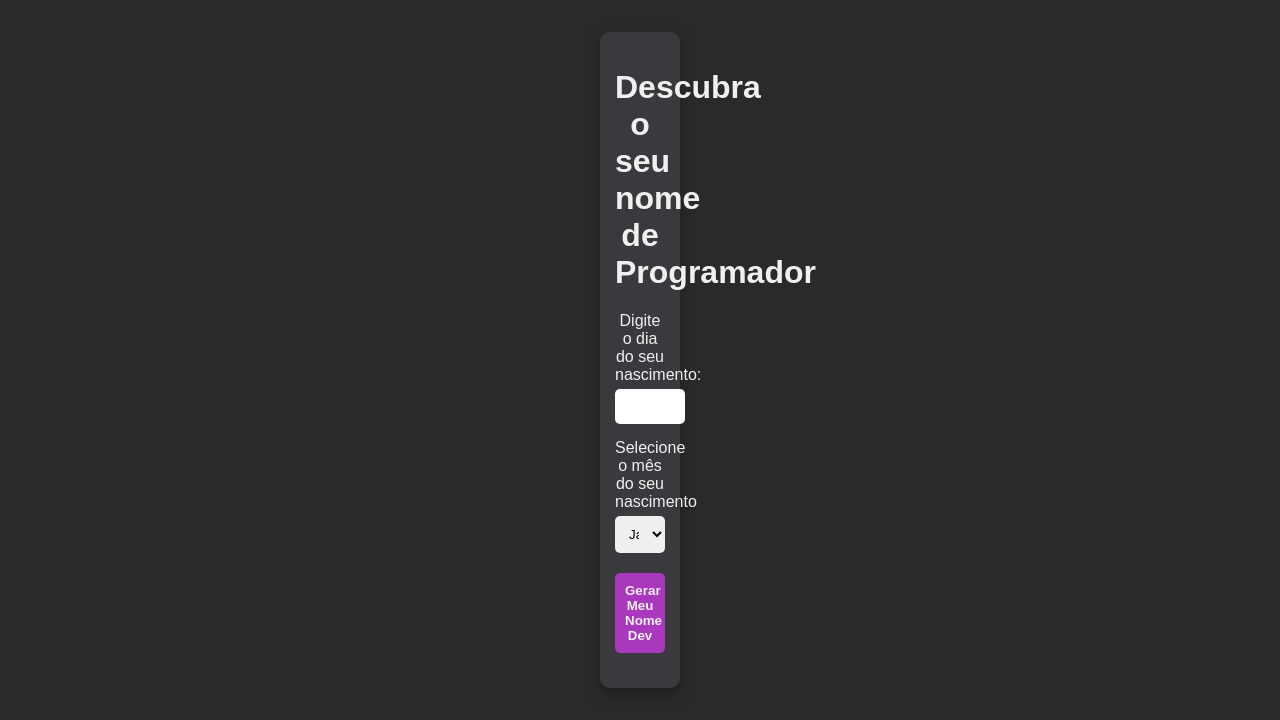
Repository: analessp/seu-nome-dev
Page: index.html
These files come from the project's save history. The page is drawn as it stood at one moment and after a run of saves; the edit follows.
The browser window is 1280 px wide. The pictures show the whole page.

Above is the page before, as saved 2025-05-13 11:22:02.

### index.html
<!DOCTYPE html>
<html lang="pt-BR">
<head>
    <meta charset="UTF-8">
    <meta name="viewport" content="width=device-width, initial-scale=1.0">
    <title>Seu Nome Dev</title>
    <link rel="stylesheet" href="styles.css">
</head>
<body>
    <div class="container">
        <h1>Descubra o seu nome de Programador</h1>
        <div class="form-group">
            <label for="dia">Digite o dia do seu nascimento:</label>
            <input type="number" id="dia" min="1" max="31">
        </div>
        <div class="form-group">
            <label for="mes">Selecione o mês do seu nascimento</label>
            <select id="mes">
                <option value="1">Janeiro</option>
                <option value="2">Fevereiro</option>
                <option value="3">Março</option>
                <option value="4">Abril</option>
                <option value="5">Maio</option>
                <option value="6">Junho</option>
                <option value="7">Julho</option>
                <option value="8">Agosto</option>
                <option value="9">Setembro</option>
                <option value="10">Outubro</option>
                <option value="11">Novembro</option>
                <option value="12">Dezembro</option>
            </select>
        </div>
        <button onclick="gerarNomeDev()">Gerar Meu Nome Dev</button>
        <div class="resultado" id="resultado"></div>
    </div>
    <script src="app.js"></script>
</body>
</html>

### styles.css
body {
    background-color: #2a2a2a;
    color: #f0f0f0;
    font-family: "Nunito", sans-serif;
    display: flex;
    justify-content: center;
    align-items: center;
    height: 100vh;
    margin: 0;
}

.container {
    background-color: #3a3a3e;
    padding: 15px;
    width: 50px;
    border-radius: 10px;
    box-shadow: 0px 5px 15px rgba(0, 0, 0, 0.3);
    text-align: center;
}

.form-group {
    margin-bottom: 15px;
}

input, select, button {
    cursor: pointer;
    padding: 10px;
    margin-top: 5px;
    width: 100%;
    border-radius: 5px;
    border: none;
    outline: none;
}

button {
    background-color: #aa38be;
    color: #f0f0f0;
    font-weight: bold;
    transition: background-color 0.3s;
}

button:hover {
    background-color: #e27cd3;
}

.resultado {
    margin-top: 20px;
    font-size: 1.2rem;
    font-weight: bold;
    color: #8b14c7;
}

### app.js
function gerarNomeDev() {
    const dia = parseInt(document.getElementById("dia").value);
    const mes = parseInt(document.getElementById("mes").value);
    const resultado = document.getElementById("resultado");

    if (isNaN(dia) || dia < 1 || dia > 31) {
        resultado.textContent = "Insira um dia válido.";
        return;
    }

    const títulos = {
    1: "Desenvolvedor(a)",
    2: "Desenvolvedor(a)",
    3: "Programador(a)",
    4: "Programador(a)",
    5: "Programador(a)",
    6: "Estagiário(a)",
    7: "Estagiário(a)",
    8: "EEstagiário(a)",
    9: "Sênior",
    0: "Sênior",
};

const meses = {
    1: "bugado(a)",
    2: "do CTRL C, CTRL V",
    3: "das gambiarras",
    4: "que culpa o cache",
    5: "que esquece o que faz",
    6: "do git vazio",
    7: "das try/ catch vazia",
    8: "famosinho do LinkedIn",
    9: "caçador de bugs",
    10: "do Windows Pirata",
    11: "do update sem where",
    12: "do commit bugado",
};

const ultimoDigito = dia % 10;
const titulo = títulos[ultimoDigito];
const mesTexto = meses[mes];

resultado.textContent = `${titulo} ${mesTexto}`;

}

After the next 2 saves:
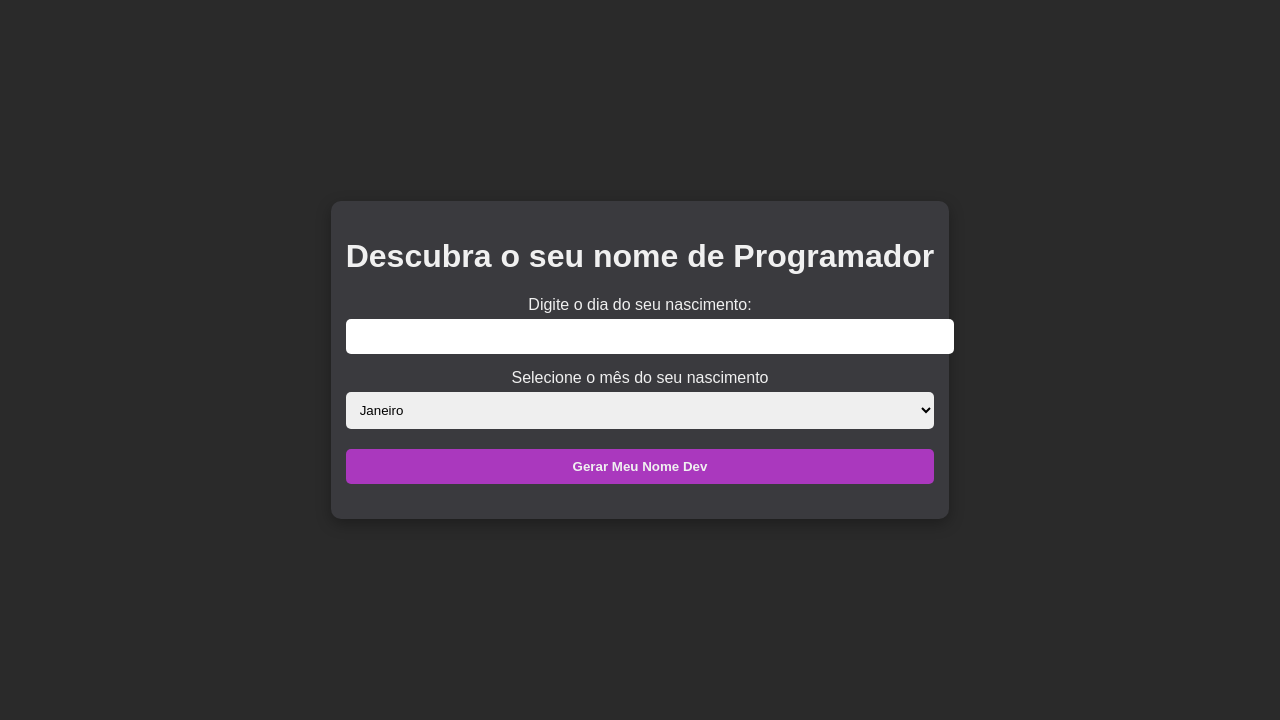
The 2 saves are shown as one change because they came seconds apart.
The last was saved 5 s later.
--- a/styles.css
+++ b/styles.css
@@ -12,7 +12,7 @@ body {
 .container {
     background-color: #3a3a3e;
     padding: 15px;
-    width: 50px;
+    width: 50;
     border-radius: 10px;
     box-shadow: 0px 5px 15px rgba(0, 0, 0, 0.3);
     text-align: center;
